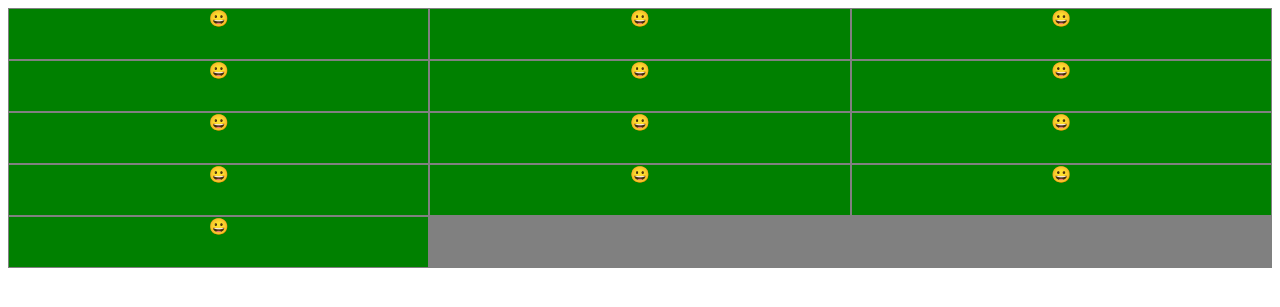
Repository: Sarah7223/internet-programming-tp
Page: TP1/ex5.html
These files come from the project's save history. The page is drawn as it stood at one moment and after the next save; the edit follows.
The browser window is 1280 px wide. The pictures show the whole page.

Above is the page before, as saved 2022-12-26 15:13:25.

After the next save:
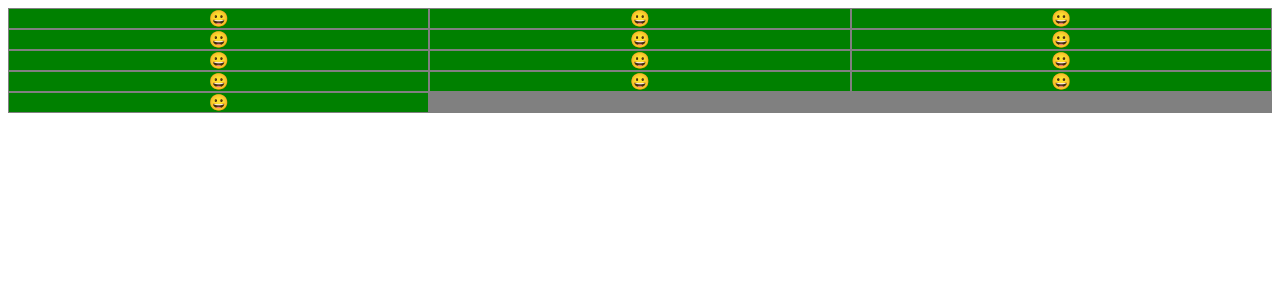
Saved 9 s later.
--- a/TP1/ex5.html
+++ b/TP1/ex5.html
@@ -7,11 +7,9 @@
                 background-color: grey;
             }
             .box{
-                height:50px;
                 background-color: green;
                 margin: 1px;
                 text-align: center;
-                vertical-align: middle;
             }
         </style>
     </head>
